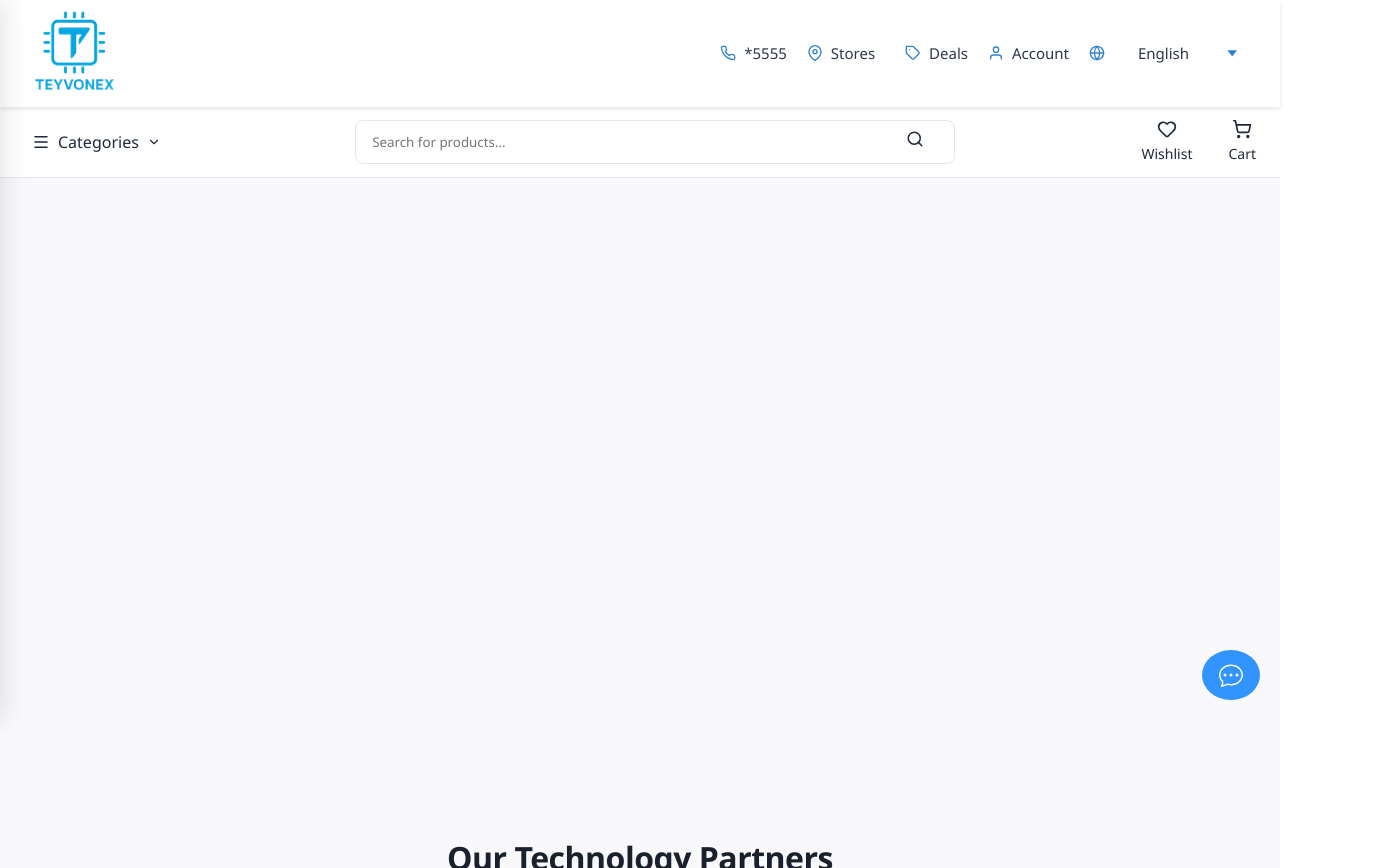
Repository: ferhadsultan98/e-commerce
Page: /
These files come from the project's save history. The page is drawn as it stood at one moment and after the next save; the edit follows.
The browser window is 1280 px wide. The page is 1384 px wide, so the pictures cover 1384 px, including what lies to the right of the window. The pictures show the part of the page from y = 0 to 868 px (the page is 2708 px tall).
The page's requests for data from a server got no answer. The project was rebuilt for these pictures with package versions that can differ from the ones it lists, and the page was loaded fresh each time. No one was signed in, and anything a server would have sent is missing. Also part of the build but not shown: vite.config.js, src/admin/Components/AdminLogin/AdminLogin.scss, src/admin/Components/AdminLogin/AdminLogin.jsx, src/client/Styles/ProductFeatures.scss, src/client/Styles/BackButton.scss, src/client/Components/BackButton/BackButton.jsx, src/client/Styles/CustomerReviews.scss, src/client/Pages/CustomerReviews/CustomerReviews.jsx and 28 more.

Above is the page before, as saved 2025-04-26 20:33:25.

### index.html
<!doctype html>
<html lang="en">
  <head>
    <meta charset="UTF-8" />
<link rel="shortcut icon" href="/src/client/Assets/bluelogo.png" type="image/x-icon">
    <meta name="viewport" content="width=device-width, initial-scale=1.0" />
    <title>Teyvonex</title>
  </head>
  <body>
    <div id="root"></div>
    <script type="module" src="/src/main.jsx"></script>
  </body>
</html>

### src/App.jsx
import React, { useState, useEffect } from "react";
import "./App.scss";
import Router from "./Router";
import ChatWidget from "./client/Components/Chat/ChatWidget";
import ScrollButton from "./client/Components/ScrollButton/ScrollButton";
import { ToastContainer } from "react-toastify";
import 'react-toastify/dist/ReactToastify.css';

function App() {
  const [isAuthenticated, setIsAuthenticated] = useState(
    sessionStorage.getItem("isAuthenticated") === "true"
  );
  const [isAdmin, setIsAdmin] = useState(
    sessionStorage.getItem("isAdmin") === "true"
  );

  useEffect(() => {
    sessionStorage.setItem("isAuthenticated", isAuthenticated.toString());
    sessionStorage.setItem("isAdmin", isAdmin.toString());
  }, [isAuthenticated, isAdmin]);

  const handleLogin = (admin = false) => {
    setIsAuthenticated(true);
    if (admin) {
      setIsAdmin(true);
    }
  };

  const handleLogout = () => {
    setIsAuthenticated(false);
    setIsAdmin(false);
    sessionStorage.removeItem("isAuthenticated");
    sessionStorage.removeItem("isAdmin");
  };

  return (
    <>
      <Router
        isAuthenticated={isAuthenticated}
        isAdmin={isAdmin}
        handleLogin={handleLogin}
        handleLogout={handleLogout}
      />

      <ScrollButton />
      <ToastContainer />
    </>
  );
}

export default App;

### src/App.scss
*{
  margin: 0;
  padding: 0;
  box-sizing: border-box;
  font-family: 'Segoe UI', Tahoma, Geneva, Verdana, sans-serif;
}
body{
  background-color: #f5f7fa;
}

### src/client/Components/ScrollButton/ScrollButton.jsx
import React, { useState, useEffect } from "react";
import "../../Styles/ScrollButton.scss";
import { FaChevronUp } from "react-icons/fa";

const ScrollButton = () => {
  const [isVisible, setIsVisible] = useState(false);

  // Butonun görünürlüğünü kontrol et
  useEffect(() => {
    const toggleVisibility = () => {
      if (window.pageYOffset > 300) {
        setIsVisible(true);
      } else {
        setIsVisible(false);
      }
    };

    window.addEventListener("scroll", toggleVisibility);
    return () => window.removeEventListener("scroll", toggleVisibility);
  }, []);

  const scrollToTop = () => {
    const scrollStep = (timestamp) => {
      const start = performance.now();
      const duration = 800; // Animasyon süresi (ms)
      const easeInOutQuad = (t) => (t < 0.5 ? 2 * t * t : -1 + (4 - 2 * t) * t);

      const step = () => {
        const progress = Math.min((performance.now() - start) / duration, 1);
        const easing = easeInOutQuad(progress);
        window.scrollTo(0, (1 - easing) * window.pageYOffset);

        if (progress < 1) {
          requestAnimationFrame(step);
        }
      };

      requestAnimationFrame(step);
    };

    requestAnimationFrame(scrollStep);
  };

  return (
    <>
      {isVisible && (
        <button className="scroll-to-top" onClick={scrollToTop}>
          <FaChevronUp />
        </button>
      )}
    </>
  );
};

export default ScrollButton;

### src/client/Pages/Products/Products.jsx
import React, { useState } from "react";
import "../../Styles/Products.scss";
import productData from "./Products.json";
import { IoIosArrowDown } from "react-icons/io";
import ProductCard from "./ProductCard";

const Products = ({ onAddToWishlist, onAddToCart }) => {
  const [activeCategory, setActiveCategory] = useState("all");
  const [visibleProducts, setVisibleProducts] = useState(8);

  const { products } = productData;

  const filteredProducts =
    activeCategory === "all"
      ? products
      : products.filter((product) => product.category === activeCategory);

  const handleShowMore = () => {
    setVisibleProducts((prev) => prev + 4);
  };

  return (
    <div className="techStore">
      <div className="mainWrapper">
        <div className="productsGrid">
          {filteredProducts.slice(0, visibleProducts).map((product) => (
            <ProductCard
              key={product.id}
              product={product}
              onAddToWishlist={onAddToWishlist}
              onAddToCart={onAddToCart}
            />
          ))}
        </div>
        {visibleProducts < filteredProducts.length && (
          <div className="showMoreContainer">
            <button className="showMoreButton" onClick={handleShowMore}>
              <IoIosArrowDown fontSize={45} />
            </button>
          </div>
        )}
      </div>
    </div>
  );
};

export default Products;

### src/client/Components/Layout/Layout.jsx
// Layout.jsx
import React from 'react';
import TopHeader from '../Header/TopHeader';
import BottomHeader from '../Header/BottomHeader';
import Footer from '../Footer/Footer';

const Layout = ({ children, onLogout, wishlistItems, cartItems, onAddToWishlist, onAddToCart }) => {
  return (
    <>
      <TopHeader onLogout={onLogout} />
      <BottomHeader
        wishlistItems={wishlistItems}
        cartItems={cartItems}
        onAddToWishlist={onAddToWishlist}
        onAddToCart={onAddToCart}
      />
      {children}
      <Footer />
    </>
  );
};

export default Layout;

### src/client/Components/ScrollToTop/ScrollToTop.jsx
import { useEffect } from "react";
import { useLocation } from "react-router-dom";

function ScrollToTop() {
  const { pathname } = useLocation();

  useEffect(() => {
    window.scrollTo({
      top: "0",
      behavior: "smooth",
    });
  }, [pathname]);

  return null;
}

export default ScrollToTop;

### src/client/Pages/Products/ProductCard.jsx
// ProductCard.jsx
import React from "react";
import { ShoppingCart, Heart, Info } from "lucide-react";
import { Link } from "react-router-dom";
import "../../Styles/Products.scss";

const ProductCard = ({ product, onAddToWishlist, onAddToCart }) => {
  return (
    <div className="productCard">
      <div className="productImageContainer">
        <div className="discountBadge">- <span>{product.discount}</span>%</div>
        <img src={product.image} alt={product.name} className="productImage" />
      </div>
      <div className="productInfo">
        <h3 className="productName">{product.name}</h3>
        <div className="productPriceContainer">
          <span className="productPrice">{product.price} ₼</span>
          <span className="productOldPrice">{product.oldPrice} ₼</span>
        </div>
      </div>
      <div className="productActions">
        <div className="flexActionButton">
          <button
            className="actionButton cartButton"
            onClick={() => onAddToCart(product)}
          >
            <ShoppingCart size={20} />
          </button>
          <button
            className="actionButton likeButton"
            onClick={() => onAddToWishlist(product)}
          >
            <Heart size={20} />
          </button>
        </div>
        <Link
          to={`/product/${product.id}/features`}
          className="actionButton featuresButton"
        >
          <Info size={20} />
          <span>Xüsusiyyətlər</span>
        </Link>
      </div>
    </div>
  );
};

export default ProductCard;

### src/client/Components/Header/BottomHeader.jsx
// BottomHeader.jsx
import React, { useState, useEffect } from "react";
import {
  Search,
  Heart,
  ShoppingCart,
  ChevronDown,
  Menu,
  X,
  Monitor,
  Smartphone,
  Tablet,
  Headphones,
  Watch,
  Gamepad,
  HardDrive,
  ChevronRight,
} from "lucide-react";
import { Link, useNavigate } from "react-router-dom";
import productData from "../../Pages/Products/Products.json";
import "../../Styles/BottomHeader.scss";

const BottomHeader = ({
  onAddToWishlist,
  onAddToCart,
  wishlistItems,
  cartItems,
}) => {
  const [wishlistCount, setWishlistCount] = useState(0);
  const [cartCount, setCartCount] = useState(0);
  const [showCategories, setShowCategories] = useState(false);
  const [hoveredCategory, setHoveredCategory] = useState(null);
  const [scrolled, setScrolled] = useState(false);
  const [mobileMenuOpen, setMobileMenuOpen] = useState(false);
  const [activeSubCategory, setActiveSubCategory] = useState(null);
  const [searchQuery, setSearchQuery] = useState("");
  const navigate = useNavigate();

  const categories = productData.categories.map((category) => ({
    ...category,
    icon: {
      laptops: <Monitor size={18} />,
      phones: <Smartphone size={18} />,
      tablets: <Tablet size={18} />,
      accessories: <Headphones size={18} />,
      smartwatches: <Watch size={18} />,
      monitors: <Monitor size={18} />,
      gaming: <Gamepad size={18} />,
      storage: <HardDrive size={18} />,
    }[category.id],
  }));

  useEffect(() => {
    const handleScroll = () => {
      setScrolled(window.scrollY > 100);
    };

    window.addEventListener("scroll", handleScroll);
    return () => window.removeEventListener("scroll", handleScroll);
  }, []);

  useEffect(() => {
    setWishlistCount(wishlistItems.length);
    setCartCount(cartItems.length);
  }, [wishlistItems, cartItems]);

  const handleSearch = (e) => {
    e.preventDefault();
    if (searchQuery.trim()) {
      navigate(`/search?q=${encodeURIComponent(searchQuery)}`);
      setSearchQuery("");
      setMobileMenuOpen(false);
    }
  };

  const handleSubCategoryClick = (categoryId) => {
    setActiveSubCategory(categoryId);
    setShowCategories(false);
  };

  const handleAddToWishlist = (product) => {
    setWishlistCount((prev) => prev + 1);
    onAddToWishlist(product);
  };

  const handleAddToCart = (product) => {
    setCartCount((prev) => prev + 1);
    onAddToCart(product);
  };

  return (
    <>
      <div className={`bottomHeader ${scrolled ? "fixed" : ""}`}>
        <div className="bottomContainer">
          <div className="bottomHeaderWrapper">
            <button
              className="mobileMenuBtn"
              onClick={() => setMobileMenuOpen(!mobileMenuOpen)}
            >
              {mobileMenuOpen ? <X size={24} /> : <Menu size={24} />}
            </button>

            <div className="categoryButtonWrapper">
              <button
                className="categoryButton"
                onClick={() => setShowCategories(!showCategories)}
              >
                <Menu size={18} />
                <span>Categories</span>
                <ChevronDown size={14} />
              </button>

              {showCategories && (
                <div className="categoryDropdown">
                  <div className="categoryLeft">
                    {categories.map((category) => (
                      <Link
                        to={`/category/${category.id}`}
                        key={category.id}
                        className={`categoryItem ${
                          hoveredCategory === category.id ? "active" : ""
                        }`}
                        onMouseEnter={() => setHoveredCategory(category.id)}
                        onClick={() => setShowCategories(false)}
                      >
                        {category.icon}
                        <span>{category.name}</span>
                        <ChevronRight size={16} className="arrow" />
                      </Link>
                    ))}
                  </div>
                  <div className="categoryRight">
                    {hoveredCategory &&
                    productData.subCategories[hoveredCategory] ? (
                      <div className="subCategoryContainer">
                        <h3>
                          {
                            categories.find((c) => c.id === hoveredCategory)
                              ?.name
                          }
                        </h3>
                        <div className="featuredSubcategories">
                          {productData.subCategories[hoveredCategory]
                            .filter((sub) => sub.featured)
                            .map((sub, index) => (
                              <Link
                                to={`/category/${hoveredCategory}/${sub.name
                                  .toLowerCase()
                                  .replace(/\s+/g, "-")}`}
                                key={`featured-${index}`}
                                className="featuredSubcategory"
                                onClick={() =>
                                  handleSubCategoryClick(hoveredCategory)
                                }
                              >
                                {sub.name}
                              </Link>
                            ))}
                        </div>
                        <div className="allSubcategories">
                          {productData.subCategories[hoveredCategory]
                            .filter((sub) => !sub.featured)
                            .map((sub, index) => (
                              <Link
                                to={`/category/${hoveredCategory}/${sub.name
                                  .toLowerCase()
                                  .replace(/\s+/g, "-")}`}
                                key={index}
                                className="subCategoryItem"
                                onClick={() =>
                                  handleSubCategoryClick(hoveredCategory)
                                }
                              >
                                {sub.name}
                              </Link>
                            ))}
                        </div>
                      </div>
                    ) : (
                      <div className="subCategoryPlaceholder">
                        Kateqoriya seçin
                      </div>
                    )}
                  </div>
                </div>
              )}
            </div>

            <div className="searchWrapper">
              <form onSubmit={handleSearch} className="searchForm">
                <input
                  type="text"
                  placeholder="Search for products..."
                  className="searchInput"
                  value={searchQuery}
                  onChange={(e) => setSearchQuery(e.target.value)}
                />
                <button type="submit" className="searchButton">
                  <Search size={18} />
                </button>
              </form>
            </div>

            <div className="headerActions">
              <Link to="/wishlist" className="actionButton wishlistButton">
                <Heart size={20} />
                {wishlistCount > 0 && (
                  <span className="badge">{wishlistCount}</span>
                )}
                <span className="actionText">Wishlist</span>
              </Link>

              <Link to="/shoppingcard" className="actionButton cartButton">
                <ShoppingCart size={20} />
                {cartCount > 0 && <span className="badge">{cartCount}</span>}
                <span className="actionText">Cart</span>
              </Link>
            </div>
          </div>
        </div>
      </div>

      <div className={`mobileMenu ${mobileMenuOpen ? "open" : ""}`}>
        <div className="mobileMenuHeader">
          <button
            className="mobileCloseBtn"
            onClick={() => setMobileMenuOpen(false)}
          >
            <X size={24} />
          </button>
        </div>
        <div className="mobileMenuContent">
          <div className="mobileSearchWrapper">
            <form onSubmit={handleSearch} className="mobileSearchForm">
              <input
                type="text"
                placeholder="Search for products..."
                className="mobileSearchInput"
                value={searchQuery}
                onChange={(e) => setSearchQuery(e.target.value)}
              />
              <button type="submit" className="mobileSearchButton">
                <Search size={18} />
              </button>
            </form>
          </div>
          <div className="mobileCategoryList">
            <h3>Categories</h3>
            {categories.map((category) => (
              <Link
                to={`/category/${category.id}`}
                key={category.id}
                className="mobileCategoryItem"
                onClick={() => {
                  handleSubCategoryClick(category.id);
                  setMobileMenuOpen(false);
                }}
              >
                {category.icon}
                <span>{category.name}</span>
              </Link>
            ))}
          </div>
        </div>
      </div>
      <div
        className={`backdrop ${mobileMenuOpen ? "active" : ""}`}
        onClick={() => setMobileMenuOpen(false)}
      ></div>
    </>
  );
};

export default BottomHeader;

### src/server/server.jsx
import { initializeApp } from "firebase/app";
import { getAuth, signInWithEmailAndPassword, signOut } from "firebase/auth";
import { getDatabase, ref, get } from "firebase/database";

// Firebase yapılandırma nesnesi
const firebaseConfig = {
  apiKey: "AIzaSyDEIrZLNzTa1p0Ct5gdnlhmZ9i8dx_0ldQ",
  authDomain: "e-commerce-c80cb.firebaseapp.com",
  databaseURL: "https://e-commerce-c80cb-default-rtdb.firebaseio.com", // <- BURADA databaseURL əlavə olundu!
  projectId: "e-commerce-c80cb",
  storageBucket: "e-commerce-c80cb.appspot.com",
  messagingSenderId: "860168402050",
  appId: "1:860168402050:web:8f6a47b7205814ce79b09b",
  measurementId: "G-2N2DQRXSTV"
};

// Firebase tətbiqini başlat
const app = initializeApp(firebaseConfig);

// Servisləri başlat
const auth = getAuth(app);
const db = getDatabase(app);

// Export
export {
  app,
  auth,
  db,
  signInWithEmailAndPassword,
  signOut,
  ref,
  get
};

### src/client/Styles/MainPage.scss
.sliderContainer {
  display: flex;
  gap: 5px;
  height: 80vh;
  width: 100%;
  overflow: hidden;
  padding: 0 5px;

  @media (max-width: 768px) {
    flex-direction: column;
    height: 100vh;
  }
}

.leftSlider {
  width: 70%;
  position: relative;
  overflow: hidden;
  border-radius: 10px;
  object-fit: contain;
  @media (max-width: 768px) {
    width: 100%;
    height: 50%;
  }
}

.rightSlider {
  width: 30%;
  position: relative;
  overflow: hidden;
  border-radius: 10px;
  object-fit: cover;

  @media (max-width: 768px) {
    width: 100%;
    height: 50%;
  }
}

.slider {
  display: flex;
  height: 100%;
  transition: transform 1.5s ease;
}

.slide {
  min-width: 100%;
  height: 100%;
  background-size: cover;
  background-position: center center;
  display: flex;
  align-items: center;
  justify-content: center;
  background-repeat: no-repeat;

}

.slideContent {
  color: white;
  font-size: 1.5rem;
  text-shadow: 2px 2px 4px rgba(0, 0, 0, 0.8);
  padding: 1rem;
  text-align: center;
}

### src/admin/Components/AdminLayout/AdminLayout.scss
// AdminLayout.scss
@import url("https://fonts.googleapis.com/css2?family=Poppins:wght@300;400;500;600;700&display=swap");
@import url("https://fonts.googleapis.com/icon?family=Material+Icons");

// Değişkenler
$primary-color: #3366ff;
$background-color: #f5f7fb;
$transition: all 0.3s ease;
$sidebar-width: 260px;
$sidebar-closed-width: 70px;

.admin-layout {
  display: flex;
  height: 100vh;
  position: relative;
}

.content-area {
  flex: 1;
  margin-left: $sidebar-width;
  transition: $transition;
  overflow-y: auto;
  padding: 20px;

  &.expanded {
    margin-left: $sidebar-closed-width;
  }
}

@media (max-width: 992px) {
  .content-area {
    margin-left: $sidebar-closed-width;

    &.expanded {
      margin-left: 0;
    }
  }
}

Loaded but not shown: src/main.jsx (common file); src/index.css (common file); src/client/Pages/Products/Products.json (1077 lines, source omitted); src/client/Styles/BottomHeader.scss (491 lines, source omitted); src/Router.jsx (292 lines, source omitted); src/client/Styles/Products.scss (474 lines, source omitted); src/client/Styles/ChatWidget.scss (385 lines, source omitted); src/client/Components/Chat/ChatWidget.jsx (251 lines, source omitted); src/admin/Pages/AdminProducts/AdminProducts.scss (400 lines, source omitted); src/client/Components/Footer/Footer.jsx (176 lines, source omitted); src/client/Styles/Footer.scss (254 lines, source omitted); src/client/Pages/MainPage/MainPage.jsx (126 lines, source omitted); src/client/Pages/TechSlider/TechSlider.jsx (143 lines, source omitted); src/client/Components/Header/TopHeader.jsx (114 lines, source omitted); src/client/Styles/TechSlider.scss (176 lines, source omitted); src/client/Styles/TopHeader.scss (188 lines, source omitted)

After the next save:
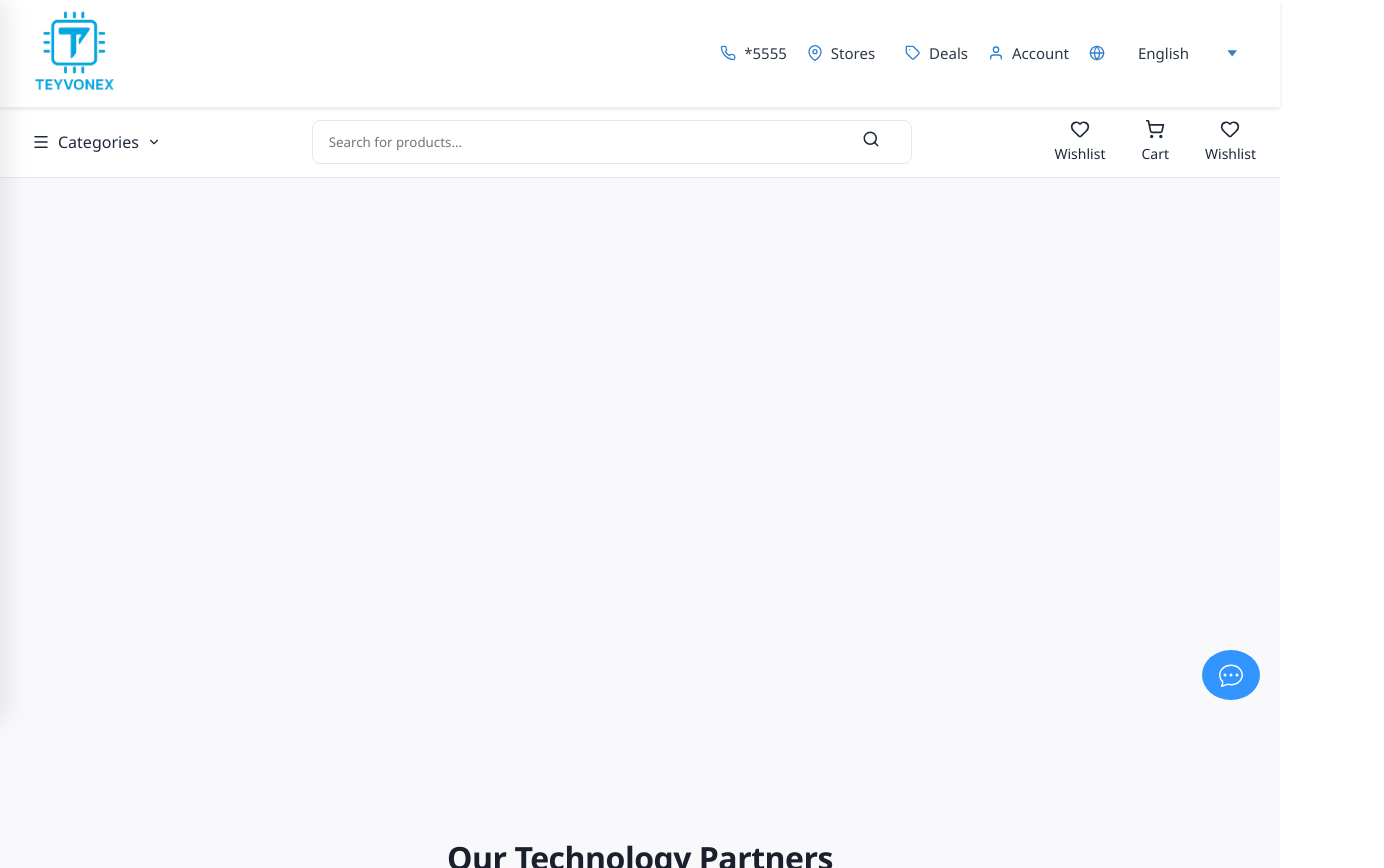
Saved 55 s later.
--- a/src/client/Components/Header/BottomHeader.jsx
+++ b/src/client/Components/Header/BottomHeader.jsx
@@ -215,6 +215,13 @@ const BottomHeader = ({
                 {cartCount > 0 && <span className="badge">{cartCount}</span>}
                 <span className="actionText">Cart</span>
               </Link>
+              <Link to="/wishlist" className="actionButton wishlistButton">
+                <Heart size={20} />
+                {wishlistCount > 0 && (
+                  <span className="badge">{wishlistCount}</span>
+                )}
+                <span className="actionText">Wishlist</span>
+              </Link>
             </div>
           </div>
         </div>
